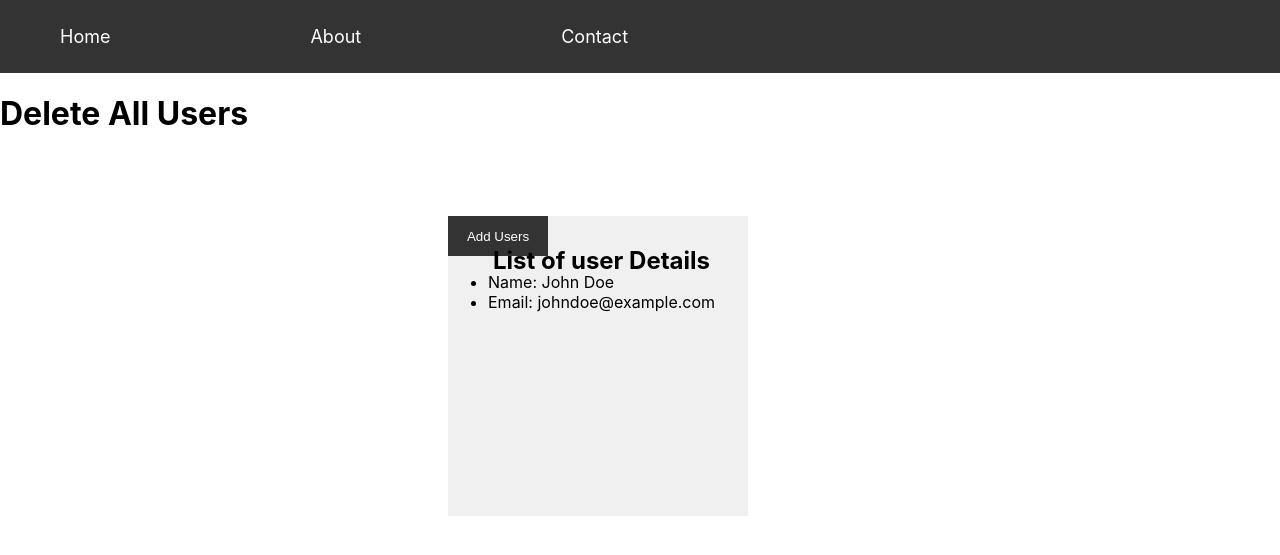
Repository: Gulzarokz/React_Course_Review
Page: / (app in reduxtoolkit/)
These files come from the project's save history. The page is drawn as it stood at one moment and after the next save; the edit follows.
The browser window is 1280 px wide. The pictures show the whole page.
The project was rebuilt for these pictures with package versions that can differ from the ones it lists, and the page was loaded fresh each time. Also part of the build but not shown: reduxtoolkit/src/App.css.

Above is the page before, as saved 2026-05-15 10:33:28.

### reduxtoolkit/src/App.js
import logo from './logo.svg';
import './App.css';
import Navbar from './components/Navbar';

function App() {
  return (
    <>
      <Navbar />
    </>
  );
}

export default App;

### reduxtoolkit/src/components/Navbar.jsx
import React from 'react'
import './navbar.css'
import UserDetails from './UserDetails'

const Navbar = () => {
    return (
        <>
            <div className="navbar">
                <ul className="navbar-list">
                    <li>Home</li>
                    <li>About</li>
                    <li>Contact</li>
                </ul>
            </div>
            <UserDetails />
        </>
    )
}

export default Navbar

### reduxtoolkit/src/components/navbar.css
.navbar {
    display: flex;
    justify-content: space-between;
    align-items: center;
    padding: 10px 20px;
    background-color: #333;
    color: white;
}

.navbar-list {
    display: flex;
    list-style: none;
    align-items: center;
    gap: 200px;
}

.navbar-list li {
    cursor: pointer;
    font-size: 18px;
    background-color: transparent;
    border: none;
    color: white;
}

.content {
    width: 300px;
    height: 300px;
    background-color: #f0f0f0;
    position: absolute;
    top: 30%;
    left: 35%;
    /* transform: translate(-50%, -50%); */

}

.Heading {
    width: 300px;
    height: 50px;
    position: absolute;
    top: 10%;
    left: 15%;
    font-size: 24px;
    font-weight: bold;
    margin-bottom: 20px;
}

.btn {
    width: 100px;
    height: 40px;
    background-color: #333;
    color: white;
    border: none;
    cursor: pointer;
}

### reduxtoolkit/src/components/UserDetails.jsx
import React from 'react'
import './navbar.css'
import DeleteALLUser from './DeleteALLUser'

const UserDetails = () => {
    return (
        <>
            <div className="content">

                <div className="Heading">List of user Details</div>
                <button className="btn">Add Users</button>

                <ul>
                    <li>Name: John Doe</li>
                    <li>Email: johndoe@example.com</li>
                </ul>

            </div>
            <DeleteALLUser />
        </>
    )
}

export default UserDetails

### reduxtoolkit/src/components/DeleteALLUser.jsx
import React from 'react'

const DeleteALLUser = () => {
    return (
        <>
            <h1>Delete All Users</h1>
        </>
    )
}

export default DeleteALLUser

Loaded but not shown: reduxtoolkit/public/index.html (common file); reduxtoolkit/src/index.js (common file); reduxtoolkit/src/index.css (common file); reduxtoolkit/src/reportWebVitals.js (common file)

After the next save:
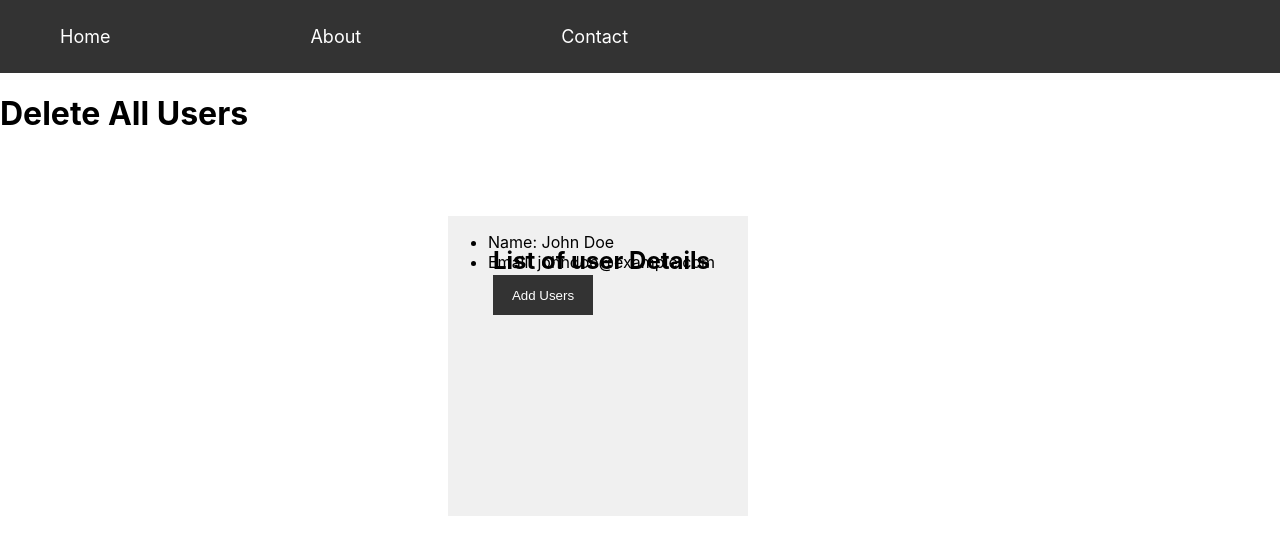
Saved 37 s later.
--- a/reduxtoolkit/src/components/UserDetails.jsx
+++ b/reduxtoolkit/src/components/UserDetails.jsx
@@ -7,9 +7,9 @@ const UserDetails = () => {
         <>
             <div className="content">
 
-                <div className="Heading">List of user Details</div>
-                <button className="btn">Add Users</button>
-
+                <div className="Heading">List of user Details
+                    <button className="btn">Add Users</button>
+                </div>
                 <ul>
                     <li>Name: John Doe</li>
                     <li>Email: johndoe@example.com</li>
